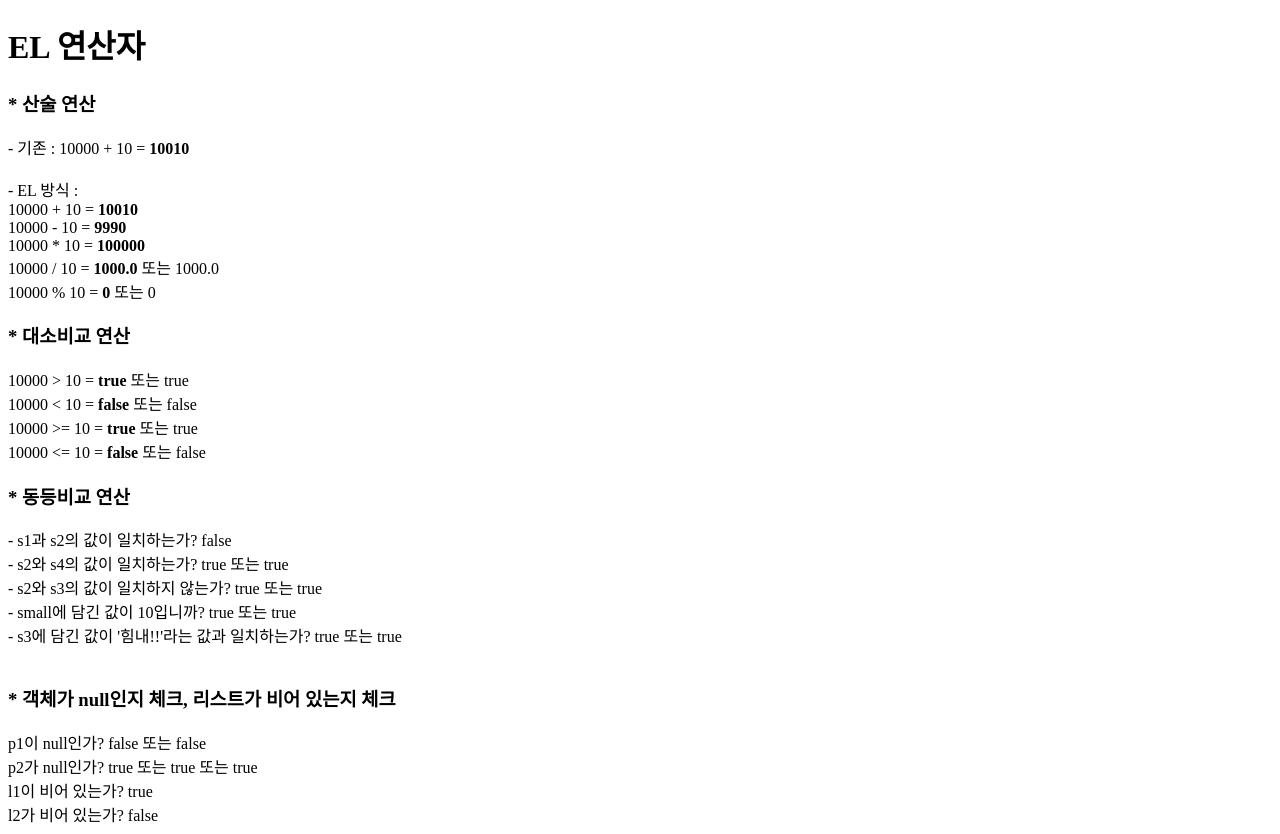
Repository: hailey-516/servlet
Page: http://localhost/3_elAction/operator.do
These files come from the project's save history. The page is drawn as it stood at one moment and after the next save; the edit follows.
The browser window is 1280 px wide. The pictures show the whole page.
The page is served by Tomcat 9.

Above is the page before, as saved 2024-08-26 05:34:10.

After the next save:
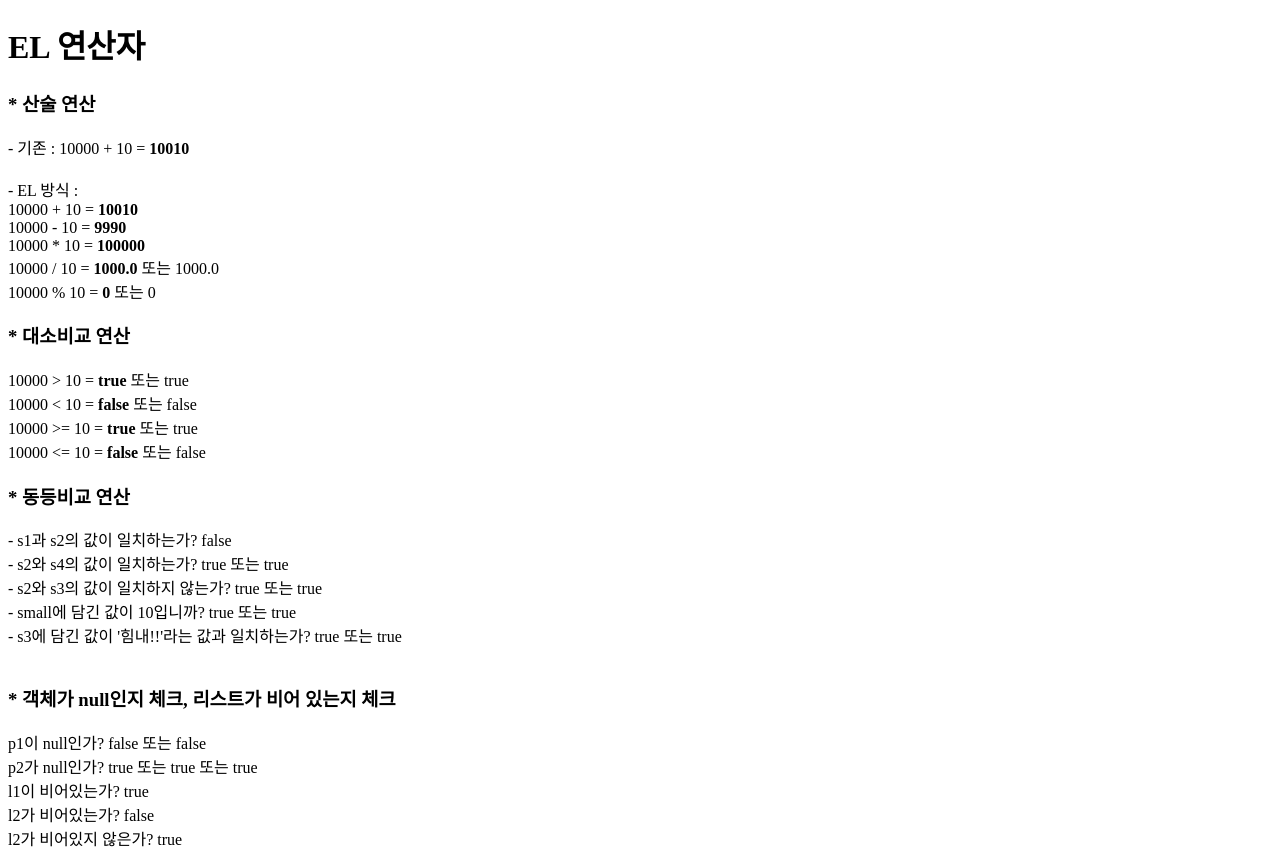
Saved 41 s later.
--- a/3_elAction/src/main/webapp/views/1_EL/02_elOperator.jsp
+++ b/3_elAction/src/main/webapp/views/1_EL/02_elOperator.jsp
@@ -43,8 +43,9 @@
 	p1이 null인가? ${ p1 == null } 또는 ${ p1 eq null }<br>
 	p2가 null인가? ${ p2 == null } 또는 ${ p2 eq null }  또는 ${ empty p2 }<br>
 
-	l1이 비어 있는가? ${ empty l1 } <br>
-	l2가 비어 있는가? ${ empty l2 }
+	l1이 비어있는가? ${ empty l1 } <br>
+	l2가 비어있는가? ${ empty l2 } <br>
+	l2가 비어있지 않은가? ${ not empty l2 }
 
 
 
